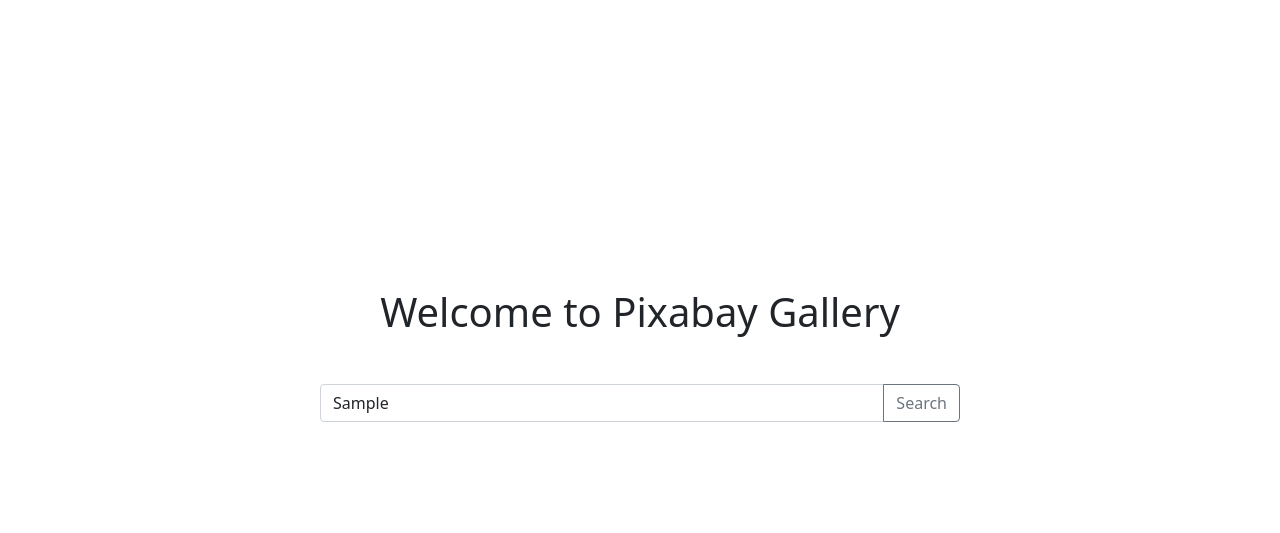
Repository: mehedi9465/PixaBay-Gallery
Page: index.html
These files come from the project's save history. The page is drawn as it stood at one moment and after a run of saves; the edit follows.
The browser window is 1280 px wide. The pictures show the whole page.
Empty fields were first filled with sample values (such as "Sample", 5 or name@example.com).
After loading, the first visible `#button-addon3` was clicked once.
The page's requests for data from a server got no answer.

Above is the page before, as saved 2023-05-09 15:22:19.

### index.html
<!DOCTYPE html>
<html lang="en">
  <head>
    <meta charset="UTF-8" />
    <meta http-equiv="X-UA-Compatible" content="IE=edge" />
    <meta name="viewport" content="width=device-width, initial-scale=1.0" />
    <title>Pixabay</title>
    <link
      rel="shortcut icon"
      href="https://pixabay.com/favicon-32x32.png"
      type="image/x-icon"
    />
    <link
      href="https://cdn.jsdelivr.net/npm/bootstrap@5.1.1/dist/css/bootstrap.min.css"
      rel="stylesheet"
      integrity="sha384-F3w7mX95PdgyTmZZMECAngseQB83DfGTowi0iMjiWaeVhAn4FJkqJByhZMI3AhiU"
      crossorigin="anonymous"
    />
    <script
      src="https://cdn.jsdelivr.net/npm/bootstrap@5.1.1/dist/js/bootstrap.bundle.min.js"
      integrity="sha384-/bQdsTh/da6pkI1MST/rWKFNjaCP5gBSY4sEBT38Q/9RBh9AH40zEOg7Hlq2THRZ"
      crossorigin="anonymous"
    ></script>
    <link rel="stylesheet" href="css/style.css" />
  </head>
  <body>
    <main>
      <div id="permanentTxt" class="input-group mt-5 mb-5 w-50 mx-auto overflow-hidden d-none">
        <input
          type="text"
          class="form-control"
          placeholder="Recipient's username"
          aria-label="Recipient's username"
          aria-describedby="button-addon2"
          id="InputField"
        />
        <button
          class="btn btn-outline-secondary"
          type="button"
          id="button-addon2"
        >
          Search
        </button>
      </div>

      <div id="welcomeTxt" class="position-relative" style="height: 80vh">
        <div
          class="text-center position-absolute start-0 end-0 top-50 bottom-50"
        >
          <h1>Welcome to Pixabay Gallery</h1>
          <div class="input-group mt-5 mb-5 w-50 mx-auto overflow-hidden">
            <input
              type="text"
              class="form-control"
              placeholder="Recipient's username"
              aria-label="Recipient's username"
              aria-describedby="button-addon2"
              id="InputField"
            />
            <button
              class="btn btn-outline-secondary"
              type="button"
              id="button-addon3"
            >
              Search
            </button>
          </div>
        </div>
      </div>
      <div
        id="details"
        class="text-center mb-5 position-relative overflow-auto"
      ></div>

      <div
        id="image-Container"
        class="row row-cols-1 row-cols-md-4 g-4 overflow-hidden"
      ></div>
    </main>

    <!-- <main>
      <div class="position-relative" style="height: 80vh">
        <div
          class="text-center fs-1 position-absolute top-50 bottom-50 start-0 end-0 m-auto"
        >
          <h1 id="welcometxt" class="text-center fs-1">
            Welcome to Pixabay Gallery
          </h1>
          <div class="input-group mt-5 mb-5 w-50 mx-auto overflow-hidden">
            <input
              type="text"
              class="form-control"
              placeholder="Recipient's username"
              aria-label="Recipient's username"
              aria-describedby="button-addon2"
              id="InputField"
            />
            <button
              class="btn btn-outline-secondary"
              type="button"
              id="button-addon2"
            >
              Search
            </button>
          </div>
        </div>
      </div>

      <div
        id="details"
        class="text-center mb-5 position-relative overflow-auto"
      ></div>

      <div
        id="image-Container"
        class="row row-cols-1 row-cols-md-4 g-4 overflow-hidden"
      ></div>
    </main> -->

    <script src="js/script.js"></script>
  </body>
</html>

### css/style.css
.col img{
    width: 450px;
    height: 350px;
    object-fit: cover;
}

### js/script.js
const KEY = "12991928-c7c6409774c494db9971343c7";
let dataList = [];

const getData = (query) => {
  fetch(
    `https://pixabay.com/api/?key=${KEY}&q=${query}&image_type=photo&pretty=true`
  )
    .then((response) => response.json())
    .then((data) => loadData(data.hits))
    .catch((err) => console.log(err));
};

document.getElementById("button-addon2").addEventListener("click", () => {
  const inputValue = document.getElementById("InputField").value;
  getData(inputValue);
});

document.getElementById("button-addon3").addEventListener("click", () => {
  const inputValue = document.getElementById("InputField").value;
  getData(inputValue);
  document.getElementById("welcomeTxt")
});

const loadData = (datas) => {
  dataList = [...datas];
  if (datas.length === 0) {
    alert("No result found");
    return;
  }
  const imageContainer = document.getElementById("image-Container");
  imageContainer.innerHTML = "";
  datas.forEach((data) => {
    let imgSerial = datas.indexOf(data);
    const appendDiv = document.createElement("div");
    appendDiv.innerHTML = `
        <div id="image" class="col text-center" onclick="loadDetails('${data.largeImageURL}', '${imgSerial}')">
            <img src="${data.largeImageURL}" class="card-img-top" alt="...">
        </div>
        `;
    imageContainer.appendChild(appendDiv);
  });
};

const detailDiv = document.getElementById("details");

document.getElementById("InputField").addEventListener("click", () => {
  document.getElementById("InputField").value = "";
});

const loadDetails = (data, imgSerial) => {
  // console.log(imgSerial);
  const img = document.createElement("img");
  img.setAttribute("src", data);

  const nextBTN = document.createElement("span");
  // nextBTN.innerHTML = `<button class="btn btn-secondary border-0 outline-0">Next</button>`
  nextBTN.innerHTML = `<img src="https://cdn-icons-png.flaticon.com/512/892/892528.png" width='80' class="position-absolute end-0 top-50 bottom-50 m-auto cursor-pointer" alt="..." onclick="onNext('${imgSerial}')" />`;

  const prevBTN = document.createElement("span");
  // prevBTN.innerHTML = `<button class="btn btn-secondary border-0 outline-0">Prev</button>`
  prevBTN.innerHTML = `<img src="https://cdn-icons-png.flaticon.com/512/892/892512.png" width='80' class="position-absolute start-0 top-50 bottom-50 m-auto cursor-pointer" alt="..." onclick="onPrev('${imgSerial}')" />`;

  detailDiv.innerHTML = "";
  detailDiv.append(prevBTN);
  detailDiv.appendChild(img);
  detailDiv.append(nextBTN);
};

const onNext = (imgSerial) => {
  if (imgSerial >= 0 && imgSerial <= 18) {
    imgSerial++;
    const data = dataList[imgSerial];
    loadDetails(data.largeImageURL, imgSerial);
  } else if (imgSerial == 19) {
    imgSerial = 0;
    const data = dataList[imgSerial];
    loadDetails(data.largeImageURL, imgSerial);
  }
};

const onPrev = (imgSerial) => {
  if (imgSerial <= 19 && imgSerial >=1) {
    imgSerial--;
    const data = dataList[imgSerial];
    loadDetails(data.largeImageURL, imgSerial);
  } else if (imgSerial == 0) {
    imgSerial = 19;
    const data = dataList[imgSerial];
    loadDetails(data.largeImageURL, imgSerial);
  }
};

// const nextBTN = ' <span><img class="border-0 outline-0" src="https://cdn-icons-png.flaticon.com/512/892/892512.png" alt="Prev" width="200"></span>'
// const prevBTN = '<span><img src="https://cdn-icons-png.flaticon.com/512/892/892528.png" alt="Next" width="200"></span>'

After the next 6 saves:
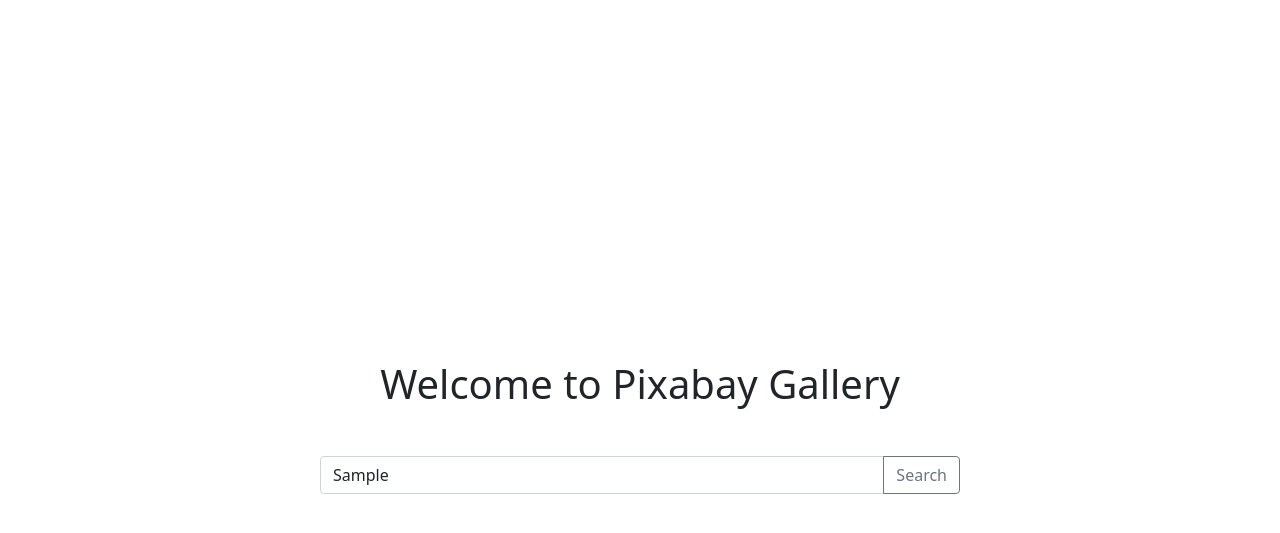
The 6 saves are shown as one change because they came seconds apart.
The last was saved 15 s later.
--- a/js/script.js
+++ b/js/script.js
@@ -18,7 +18,7 @@
 document.getElementById("button-addon3").addEventListener("click", () => {
   const inputValue = document.getElementById("InputField").value;
   getData(inputValue);
-  document.getElementById("welcomeTxt")
+  document.getElementById("welcomeTxt").removeAttribute("class")
 });
 
 const loadData = (datas) => {
